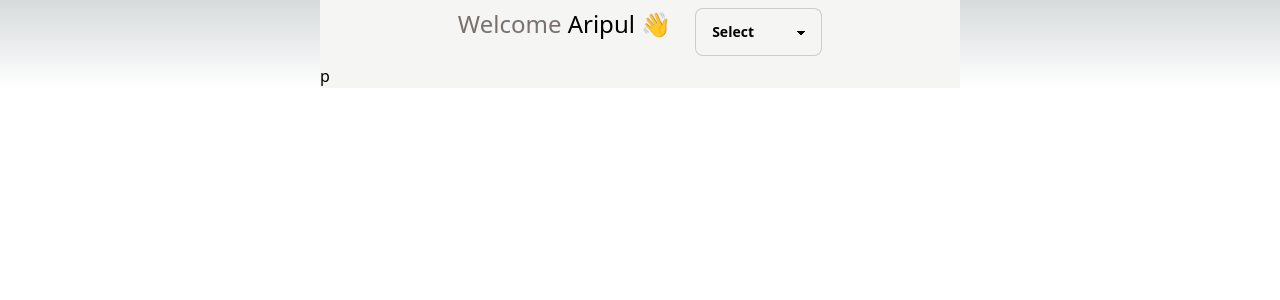
Repository: mehedi9465/nextapp
Page: /Dashboard
These files come from the project's save history. The page is drawn as it stood at one moment and after the next save; the edit follows.
The browser window is 1280 px wide. The pictures show the whole page.
The project was rebuilt for these pictures with package versions that can differ from the ones it lists, and the page was loaded fresh each time. The framework's server and built-in components were replaced by stand-ins that run in the browser. Also part of the build but not shown: next.config.js, Components/Navbar.js.

Above is the page before, as saved 2023-03-04 15:07:51.

### pages/Dashboard/index.js
import Navbar from "@/Components/Navbar";
import Link from "next/link";
import React from "react";

const index = () => {
  return (
    <>
      {/* <Navbar></Navbar> */}

      <div className="max-w-screen-sm mx-auto bg-stone-100 text-black">
        <div className="flex justify-center py-2">
          <p className="text-2xl mx-3">
            <span className="text-stone-500">Welcome</span> Aripul 👋
          </p>
          <select className="select select-bordered max-w-xs bg-stone-100 outline-0 mx-3">
            <option disabled selected>
              Select
            </option>
            <option>Today</option>
            <option>Yesterday</option>
          </select>
        </div>
        <div>
                  <div>
                      p
          </div>
          <div></div>
        </div>
        <div></div>
      </div>
    </>
  );
};

export default index;

Loaded but not shown: pages/_app.js (common file); pages/_document.js (common file); styles/globals.css (common file); tailwind.config.js (common file)

After the next save:
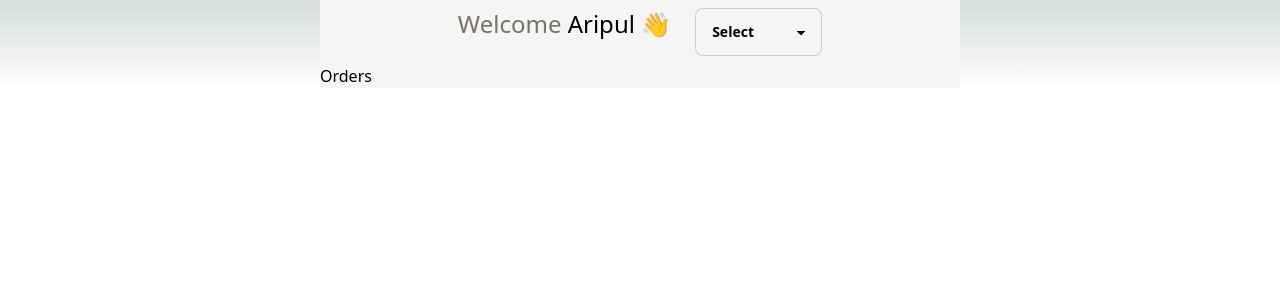
Saved 7 s later.
--- a/pages/Dashboard/index.js
+++ b/pages/Dashboard/index.js
@@ -22,7 +22,7 @@ const index = () => {
         </div>
         <div>
                   <div>
-                      p
+                      <p>Orders</p>
           </div>
           <div></div>
         </div>
